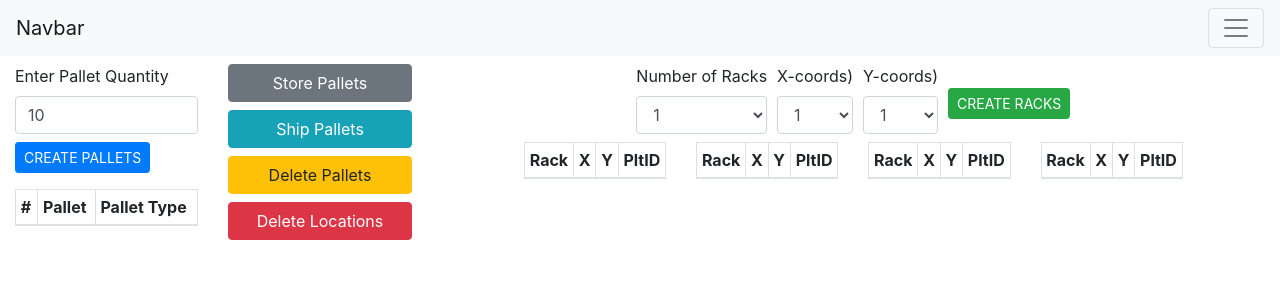
Repository: gholler76/planflow
Page: http://localhost/planflow/WEB-INF/home.jsp
The author's editor kept a copy of each file at every save. The page is drawn from the files as they stood at one save, then again after the next save.
The browser window is 1280 px wide. The pictures show the whole page.
The page is served by Tomcat 9. Nobody is signed in. Other server files are loaded and not shown. The template is opened directly, without the code that normally fills it, so the values that code supplies are empty.

Above is the page before, as saved 2021-05-28 14:04:13.

### planflow/src/main/webapp/WEB-INF/home.jsp
<%@ page language="java" contentType="text/html; charset=UTF-8" pageEncoding="UTF-8"%>
<%@ taglib prefix="c" uri="http://java.sun.com/jsp/jstl/core"%>
<%@ taglib prefix="form" uri="http://www.springframework.org/tags/form"%>
<%@ page isErrorPage="true"%>
<%@ taglib prefix="fmt" uri="http://java.sun.com/jsp/jstl/fmt" %>
<%@ taglib prefix="fn" uri="http://java.sun.com/jsp/jstl/functions" %>

<!DOCTYPE html>
<html>
<head>
    <meta charset="UTF-8">
    <title>PlanFlow</title>
    <script src="https://code.jquery.com/jquery-3.5.1.slim.min.js" integrity="sha384-DfXdz2htPH0lsSSs5nCTpuj/zy4C+OGpamoFVy38MVBnE+IbbVYUew+OrCXaRkfj" crossorigin="anonymous"></script>
	<script src="https://cdn.jsdelivr.net/npm/bootstrap@4.6.0/dist/js/bootstrap.bundle.min.js" integrity="sha384-Piv4xVNRyMGpqkS2by6br4gNJ7DXjqk09RmUpJ8jgGtD7zP9yug3goQfGII0yAns" crossorigin="anonymous"></script>
    <link rel="stylesheet" href="https://cdn.jsdelivr.net/npm/bootstrap@4.6.0/dist/css/bootstrap.min.css" integrity="sha384-B0vP5xmATw1+K9KRQjQERJvTumQW0nPEzvF6L/Z6nronJ3oUOFUFpCjEUQouq2+l" crossorigin="anonymous">
</head>
<body>
	<nav class="navbar navbar-light bg-light">
	  <a class="navbar-brand" href="#">Navbar</a>
	  <button class="navbar-toggler" type="button" data-toggle="collapse" data-target="#navbarNavAltMarkup" aria-controls="navbarNavAltMarkup" aria-expanded="false" aria-label="Toggle navigation">
	    <span class="navbar-toggler-icon"></span>
	  </button>
	  <div class="collapse navbar-collapse" id="navbarNavAltMarkup">
	    <div class="navbar-nav">
	      <a class="nav-link active" href="#">Home <span class="sr-only">(current)</span></a>
	      <a class="nav-link" href="#">Features</a>
	      <a class="nav-link" href="#">Pricing</a>
	      <a class="nav-link disabled" href="#" tabindex="-1" aria-disabled="true">Disabled</a>
	    </div>
	  </div>
	</nav>
	<div class="container-fluid">
		<div class="row justify-content-between">
			<div class="col-2">
				<form action="/pallets" method="post" class="mt-2">
			      	<div class="form-group">
			      		<Label for="qty" class="form-label">Enter Pallet Quantity</Label>
			      		<input type="number" class="form-control" name="qty" value=10 />
			      		<input type="submit" value="CREATE PALLETS" class="btn btn-sm btn-primary mt-2"/>
			    	</div>
			    </form>
				<table class="table table-bordered table-sm">
					<thead>
						<tr>
							<th>#</th>
							<th>Pallet</th>
							<th>Pallet Type</th>
						</tr>
					</thead>
					<tbody>
						<c:set var="count" value="0" scope="page" />
						<c:forEach var="pallet" items="${pallets}">
						<c:if test="${pallet.location eq null }">
						<tr class="small">
							<th scope="row"><c:set var="count" value="${count + 1}" scope="page"/>${count}</th>
							<td>${pallet.palletid}</td>
							<td>${pallet.ptype}</td>
						</tr>
	 					</c:if>
						</c:forEach>
					</tbody>
				</table>
	 	 	</div>
	 	 	<div class="col-2">
				<form action="/move" method="post">
			  		<input class="btn btn-secondary mt-2 mb-2 btn-block" type="submit" value="Store Pallets">
			  		<input class="btn btn-info mb-2 btn-block" type="submit" value="Ship Pallets" formaction="/ship">
			  		<input class="btn btn-warning mb-2 btn-block" type="submit" value="Delete Pallets" formaction="/deleteP">
			  		<input class="btn btn-danger mb-2 btn-block" type="submit" value="Delete Locations" formaction="/deleteL">
			  	</form>
	 	 	</div>
	   	 		<div class="col-8">
	   	 			<div class="row justify-content-center">
	   	 				<form action="/locations" method="post">
	   	 				<input type="hidden" name="startRack" value=100>
							<div class="form-row align-items-center mt-2">
							    <div class="col-auto">
							      <label for="rackCount">Number of Racks</label>
							      <select class="form-control mb-2" name="rackCount">
							      	<option value=+1>1</option>
							      	<option value=+2>2</option>
							      	<option value=+3>3</option>
							      	<option value=+4>4</option>
							      </select>
							    </div>
							    <div class="col-auto">
							      <label for="xcoors">X-coords)</label>
							      <select class="form-control mb-2" name="xcoors">
							      	<option value=+1>1</option>
							      	<option value=+2>2</option>
							      	<option value=+3>3</option>
							      	<option value=+4>4</option>
							      	<option value=+5>5</option>
							      	<option value=+6>6</option>
							      	<option value=+7>7</option>
							      	<option value=+8>8</option>
							      	<option value=+9>9</option>
							      	<option value=+10>10</option>
							      	<option value=+11>11</option>
							      	<option value=+12>12</option>
							      	<option value=+13>13</option>
							      	<option value=+14>14</option>
							      	<option value=+15>15</option>
							      	<option value=+16>16</option>
							      	<option value=+17>17</option>
							      	<option value=+18>18</option>
							      	<option value=+19>19</option>
							      	<option value=+20>20</option>
							      </select>
							    </div>
							    <div class="col-auto">
							      <label for="ycoors">Y-coords)</label>
							      <select class="form-control mb-2" name="ycoors">
							      	<option value=+1>1</option>
							      	<option value=+2>2</option>
							      	<option value=+3>3</option>
							      	<option value=+4>4</option>
							      	<option value=+5>5</option>
							      </select>
							    </div>
							    <div class="col-auto">
							      <button type="submit" class="btn btn-success btn-sm">CREATE RACKS</button>
							    </div>
							  </div>
							</form>
		   	 			</div>
		   	 			<div class="row justify-content-center">
		   	 				<div class="col-auto">
		   	 					<table class="table-sm table-bordered">
		   	 						<thead>
		   	 							<tr>
		   	 								<th>Rack</th>
		   	 								<th>X</th>
		   	 								<th>Y</th>
		   	 								<th>PltID</th>
		   	 							</tr>
		   	 						</thead>
		   	 						<tbody>
		   	 						<c:forEach var="location" items="${locations}">
	   	 								<c:if test="${location.rack eq '101'}">
			   	 							<tr class="small">
			   	 								<td>${location.rack}</td>
			   	 								<td>${location.xcoor}</td>
			   	 								<td>${location.ycoor}</td>
			   	 								<td>${location.pallet.palletid}</td>
			   	 							</tr>
		   	 							</c:if>
	   	 							</c:forEach>
				   	 				</tbody>
				   	 			</table>
				   	 		</div>
		   	 				<div class="col-auto">
		   	 					<table class="table-sm table-bordered">
		   	 						<thead>
		   	 							<tr>
		   	 								<th>Rack</th>
		   	 								<th>X</th>
		   	 								<th>Y</th>
		   	 								<th>PltID</th>
		   	 							</tr>
		   	 						</thead>
		   	 						<tbody>
		   	 						<c:forEach var="location" items="${locations}">
	   	 								<c:if test="${location.rack eq '102'}">
			   	 							<tr class="small">
			   	 								<td>${location.rack}</td>
			   	 								<td>${location.xcoor}</td>
			   	 								<td>${location.ycoor}</td>
			   	 								<td>${location.pallet.palletid}</td>
			   	 							</tr>
		   	 							</c:if>
	   	 							</c:forEach>
				   	 				</tbody>
				   	 			</table>
				   	 		</div>
		   	 				<div class="col-auto">
		   	 					<table class="table-sm table-bordered">
		   	 						<thead>
		   	 							<tr>
		   	 								<th>Rack</th>
		   	 								<th>X</th>
		   	 								<th>Y</th>
		   	 								<th>PltID</th>
		   	 							</tr>
		   	 						</thead>
		   	 						<tbody>
		   	 						<c:forEach var="location" items="${locations}">
	   	 								<c:if test="${location.rack eq '103'}">
			   	 							<tr class="small">
			   	 								<td>${location.rack}</td>
			   	 								<td>${location.xcoor}</td>
			   	 								<td>${location.ycoor}</td>
			   	 								<td>${location.pallet.palletid}</td>
			   	 							</tr>
		   	 							</c:if>
	   	 							</c:forEach>
				   	 				</tbody>
				   	 			</table>
				   	 		</div>
		   	 				<div class="col-auto">
		   	 					<table class="table-sm table-bordered">
		   	 						<thead>
		   	 							<tr>
		   	 								<th>Rack</th>
		   	 								<th>X</th>
		   	 								<th>Y</th>
		   	 								<th>PltID</th>
		   	 							</tr>
		   	 						</thead>
		   	 						<tbody>
		   	 						<c:forEach var="location" items="${locations}">
	   	 								<c:if test="${location.rack eq '104'}">
			   	 							<tr class="small">
			   	 								<td>${location.rack}</td>
			   	 								<td>${location.xcoor}</td>
			   	 								<td>${location.ycoor}</td>
			   	 								<td>${location.pallet.palletid}</td>
			   	 							</tr>
		   	 							</c:if>
	   	 							</c:forEach>
				   	 				</tbody>
				   	 			</table>
				   	 		</div>
			 			</div>
			 		</div>
	    	</div>
		</div>
</body>
</html>

After the next save:
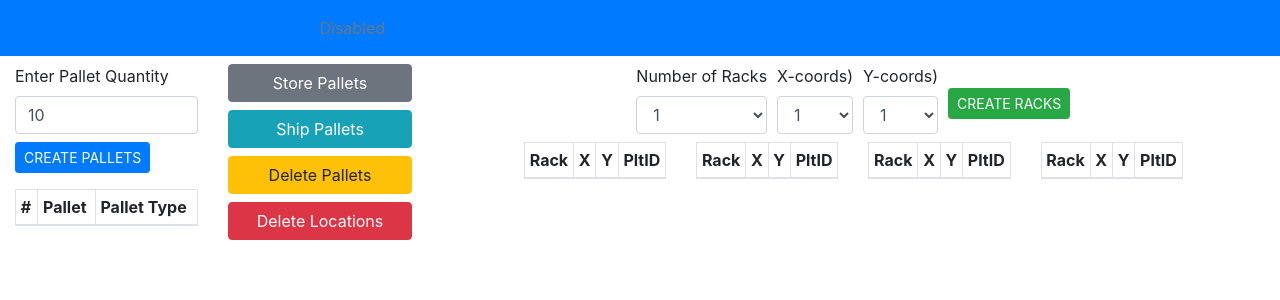
Saved 56 s later.
--- a/planflow/src/main/webapp/WEB-INF/home.jsp
+++ b/planflow/src/main/webapp/WEB-INF/home.jsp
@@ -15,7 +15,7 @@
     <link rel="stylesheet" href="https://cdn.jsdelivr.net/npm/bootstrap@4.6.0/dist/css/bootstrap.min.css" integrity="sha384-B0vP5xmATw1+K9KRQjQERJvTumQW0nPEzvF6L/Z6nronJ3oUOFUFpCjEUQouq2+l" crossorigin="anonymous">
 </head>
 <body>
-	<nav class="navbar navbar-light bg-light">
+	<nav class="navbar navbar-expand-lg text-light bg-primary">
 	  <a class="navbar-brand" href="#">Navbar</a>
 	  <button class="navbar-toggler" type="button" data-toggle="collapse" data-target="#navbarNavAltMarkup" aria-controls="navbarNavAltMarkup" aria-expanded="false" aria-label="Toggle navigation">
 	    <span class="navbar-toggler-icon"></span>
